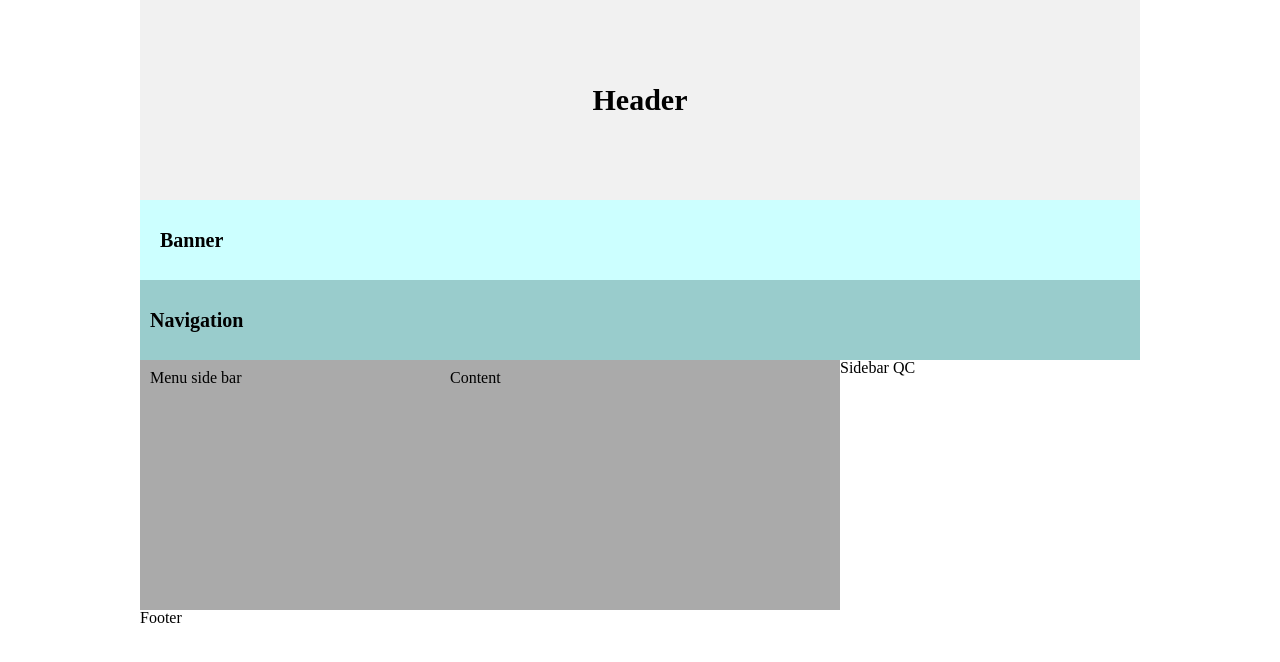
Repository: Tan-Khang21/TH_TKW--Buoi_06
Page: Bai_Tap_Tren_lop/Bai_03/LayoutCSS3.html
The author's editor kept a copy of each file at every save. The page is drawn from the files as they stood at one save, then again after the next save.
The browser window is 1280 px wide. The pictures show the whole page.

Above is the page before, as saved 2024-03-11 21:04:16.

### Bai_Tap_Tren_lop/Bai_03/LayoutCSS3.html
<!DOCTYPE html>
<html lang="en">
  <head>
    <meta charset="UTF-8" />
    <meta name="viewport" content="width=device-width, initial-scale=1.0" />
    <title>Document</title>
    <link rel="stylesheet" href="style.css" />
    <link rel="stylesheet" href="reset.css" />
  </head>
  <body>
    <div class="container">
      <div class="header">Header</div>
      <div class="banner">Banner</div>
      <div class="navigation">Navigation</div>
      <div class="box">
        <div class="box_menu">Menu side bar</div>
        <div class="box_content">Content</div>
        <div class="box_siderbar">Sidebar QC</div>
      </div>
      <div class="footer">Footer</div>
    </div>
  </body>
</html>

### Bai_Tap_Tren_lop/Bai_03/style.css
* {
  box-sizing: border-box;
}
body {
  width: 100%;
}
.container {
  width: 1000px;
  margin: 0 auto;
}
.header {
  width: 100%;
  height: 200px;
  display: flex;
  align-items: center;
  justify-content: center;
  background-color: #f1f1f1;
  font-weight: bold;
  font-size: 30px;
}
.banner {
  width: 100%;
  height: 80px;
  background-color: #ccffff;
  font-weight: bold;
  font-size: 20px;
  display: flex;
  align-items: center;
  padding: 20px;
}
.navigation {
  width: 100%;
  height: 80px;
  background-color: #99cccc;
  font-weight: bold;
  font-size: 20px;
  display: flex;
  align-items: center;
  padding: 10px;
}
.box {
  display: flex;
}
.box_menu {
  width: 300px;
  height: 250px;
  background-color: #aaaaaa;
  padding: 10px;
}
.box_content {
  width: 400px;
  height: 250px;
  background-color: #aaaaaa;
  padding: 10px;
}

Loaded but not shown: Bai_Tap_Tren_lop/Bai_03/reset.css (common file)

After the next save:
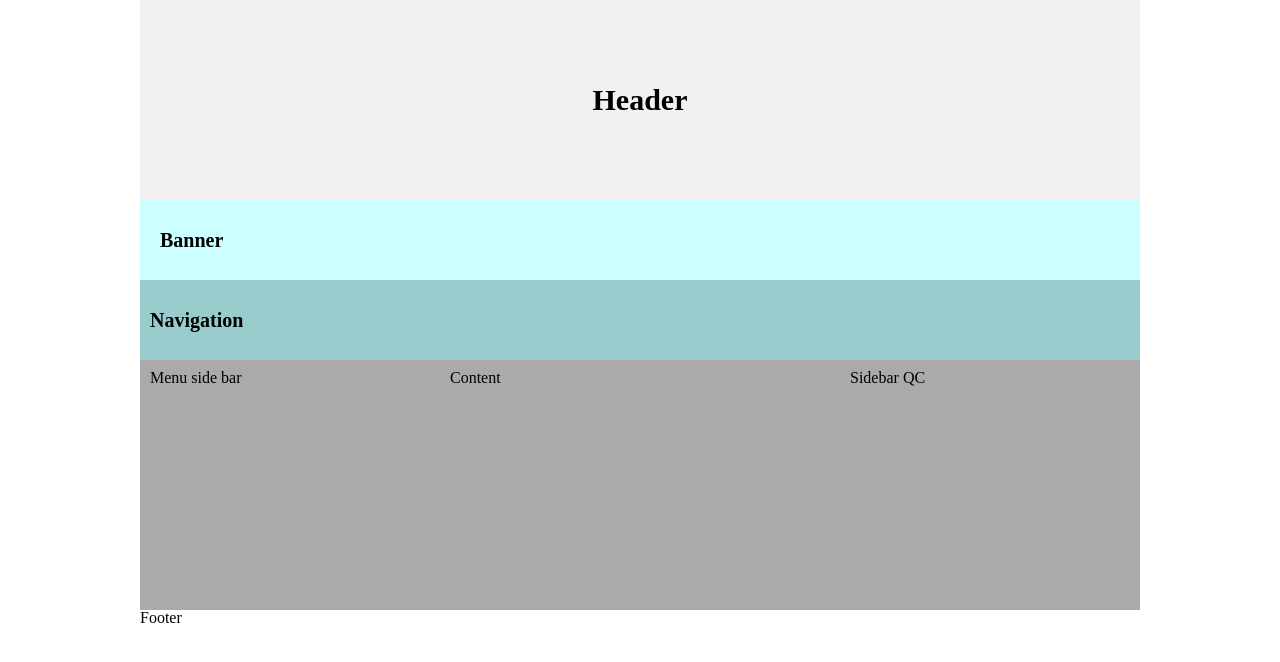
Saved 15 s later.
--- a/Bai_Tap_Tren_lop/Bai_03/style.css
+++ b/Bai_Tap_Tren_lop/Bai_03/style.css
@@ -53,3 +53,9 @@ body {
   background-color: #aaaaaa;
   padding: 10px;
 }
+.box_siderbar {
+  width: 300px;
+  height: 250px;
+  background-color: #aaaaaa;
+  padding: 10px;
+}
